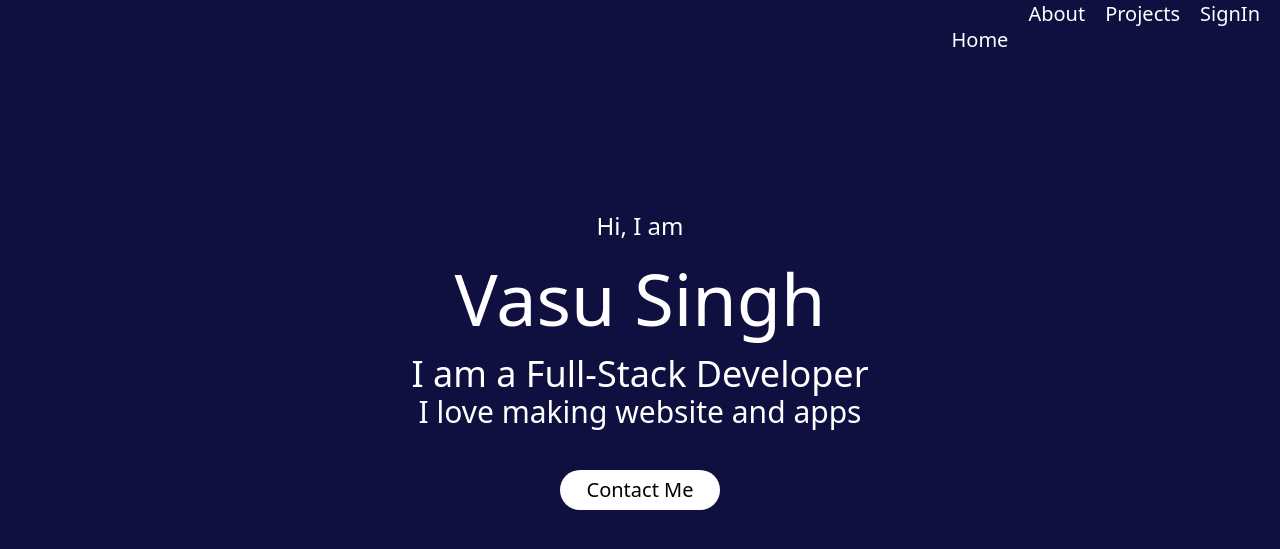
Repository: vasucp1207/vasuDev
Page: /
An editor plug-in stored every save of this project. The page is shown before and after the next save, followed by the edit.
The browser window is 1280 px wide. The pictures show the whole page.
The project was rebuilt for these pictures with package versions that can differ from the ones it lists, and the page was loaded fresh each time. The framework's server and built-in components were replaced by stand-ins that run in the browser. Also part of the build but not shown: next.config.js.

Above is the page before, as saved 2022-07-17 23:31:38.

### pages/index.tsx
import type { NextPage } from 'next'
import Head from 'next/head'
import Hero from './Hero'
import Navbar from './Navbar'

const Home: NextPage = () => {
  return (
    <div className="p-0 m-0 bg-darkB text-white">
      <Head>
        <title>Create Next App</title>
      </Head>

      <Navbar />
      <Hero />
    </div>
  )
}

export default Home

### pages/Hero.tsx
import React from 'react'

function Hero() {
  return (
    <div className='h-screen bg-darkB'>
        <div className='text-white flex flex-col justify-center items-center h-screen'>
            <p className='text-2xl'>Hi, I am</p>
            <h1 className='mt-5 text-7xl'>Vasu Singh</h1>
            <h3 className='mt-5 text-4xl'>I am a Full-Stack Developer</h3>
            <h4 className='text-3xl'>I love making website and apps</h4>
            <button className='hover:text-white transition-all 200 hover:bg-green-400 mt-10 bg-white text-black h-10 w-40 outline-none rounded-full text-xl'>Contact Me</button>
        </div>
    </div>
  )
}

export default Hero

### pages/Navbar.tsx
import React from 'react'

function Navbar() {
  return (
    <div className='h-20 w-screen absolute bg-transparent flex justify-end items-center'>
        <div className='h-full flex space-x-5 text-xl font-normal mr-5 items-center'>
            <p className='flex items-center h-full hover:bg-gray-100 cursor-pointer'>Home</p>
            <p className='h-full hover:bg-gray-100 cursor-pointer'>About</p>
            <p className='h-full hover:bg-gray-100 cursor-pointer'>Projects</p>
            <p className='h-full hover:bg-gray-100 cursor-pointer'>SignIn</p>
        </div>
    </div>
  )
}

export default Navbar

### tailwind.config.js
/** @type {import('tailwindcss').Config} */
module.exports = {
  content: [
    './pages/**/*.{js,ts,jsx,tsx}',
    './components/**/*.{js,ts,jsx,tsx}',
  ],
  theme: {
    extend: {
      colors: {
        darkB: 'rgba(15, 16, 63, 1)'
      }
    },
  },
  plugins: [],
}

Loaded but not shown: pages/_app.tsx (common file); styles/globals.css (common file)

After the next save:
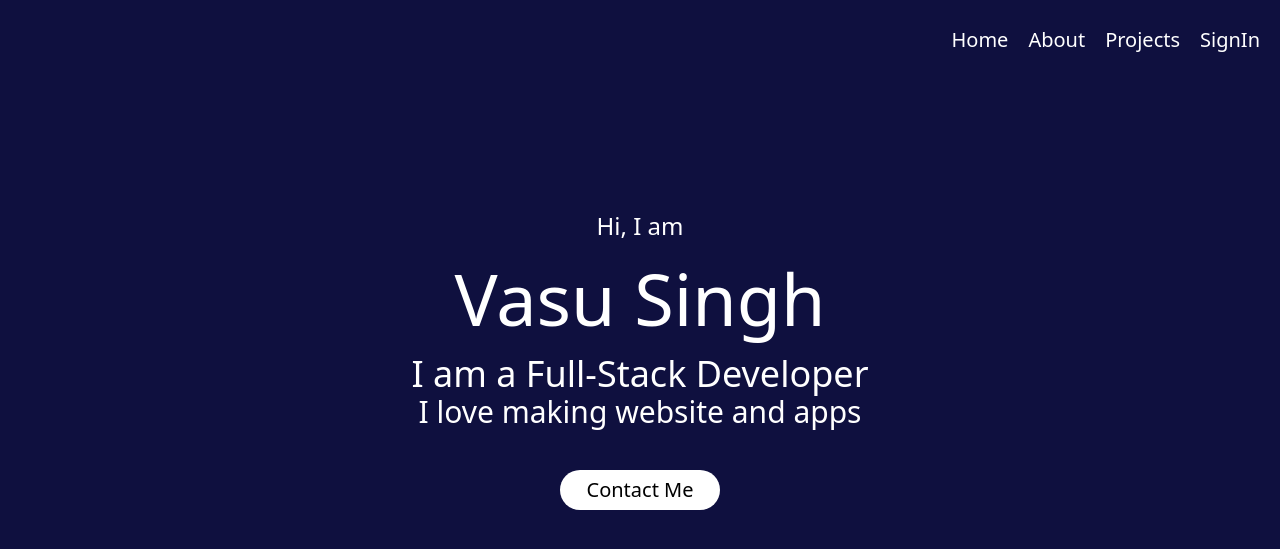
Saved 9 s later.
--- a/pages/Navbar.tsx
+++ b/pages/Navbar.tsx
@@ -5,9 +5,9 @@ function Navbar() {
     <div className='h-20 w-screen absolute bg-transparent flex justify-end items-center'>
         <div className='h-full flex space-x-5 text-xl font-normal mr-5 items-center'>
             <p className='flex items-center h-full hover:bg-gray-100 cursor-pointer'>Home</p>
-            <p className='h-full hover:bg-gray-100 cursor-pointer'>About</p>
-            <p className='h-full hover:bg-gray-100 cursor-pointer'>Projects</p>
-            <p className='h-full hover:bg-gray-100 cursor-pointer'>SignIn</p>
+            <p className='flex items-center h-full hover:bg-gray-100 cursor-pointer'>About</p>
+            <p className='flex items-center h-full hover:bg-gray-100 cursor-pointer'>Projects</p>
+            <p className='flex items-center h-full hover:bg-gray-100 cursor-pointer'>SignIn</p>
         </div>
     </div>
   )
